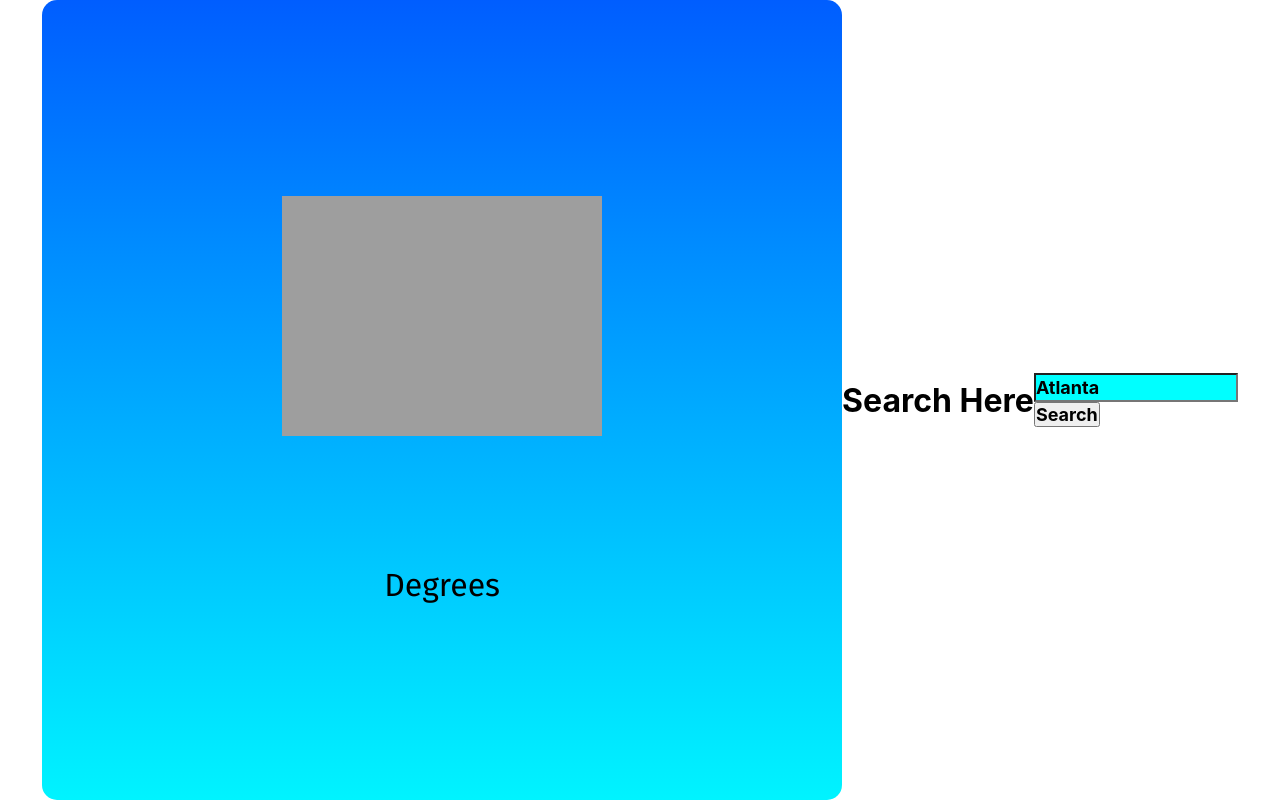
Repository: sayrilamar/chumsweatherapp
Page: /
An editor plug-in stored every save of this project. The page is shown before and after the next save, followed by the edit.
The browser window is 1280 px wide. The pictures show the whole page.
Pictures or frames that could not be fetched are drawn as grey boxes. The page's requests for data from a server got no answer. The project was rebuilt for these pictures with package versions that can differ from the ones it lists, and the page was loaded fresh each time. No one was signed in, and anything a server would have sent is missing.

Above is the page before, as saved 2020-04-18 16:59:21.

After the next save:
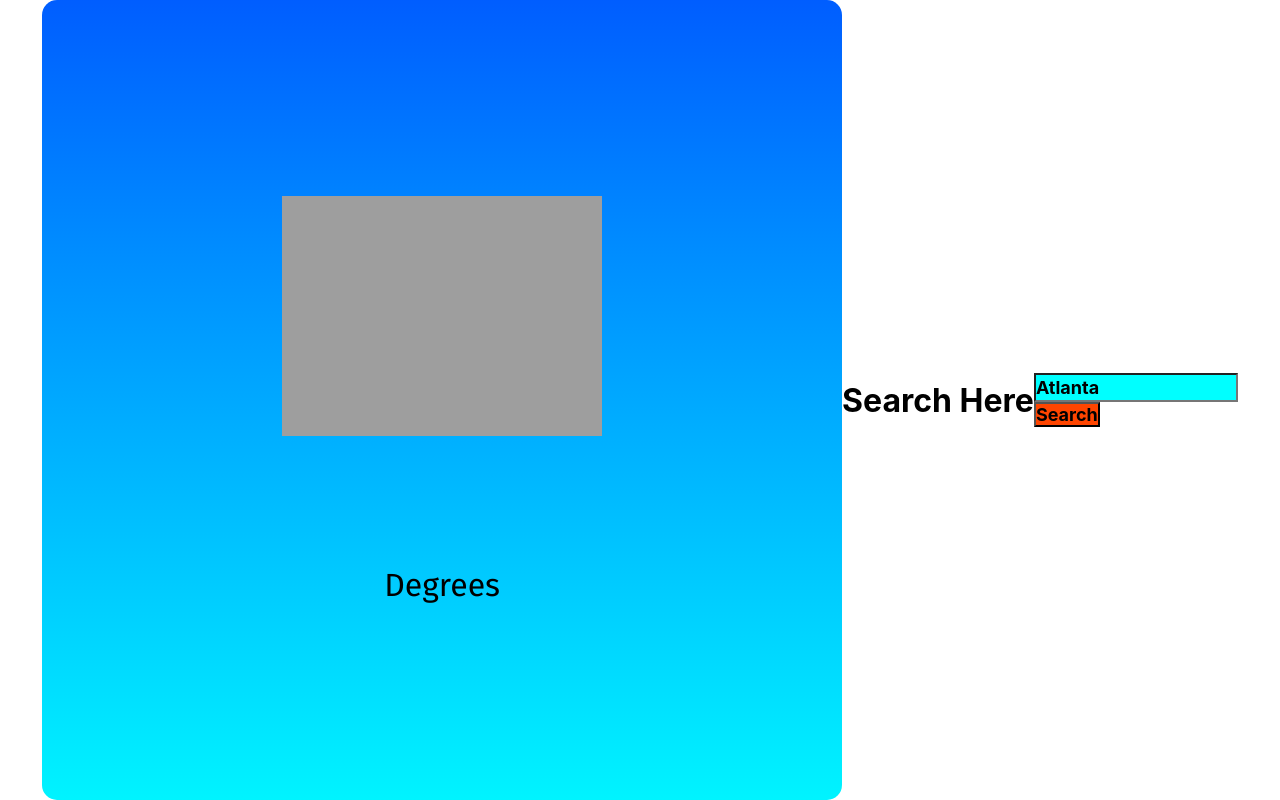
Saved 26 s later.
--- a/src/App.css
+++ b/src/App.css
@@ -24,4 +24,5 @@ h1 {
   height: fit-content;
   font-size: large;
   font-weight: bold;
+  background-color: orangered
 }
